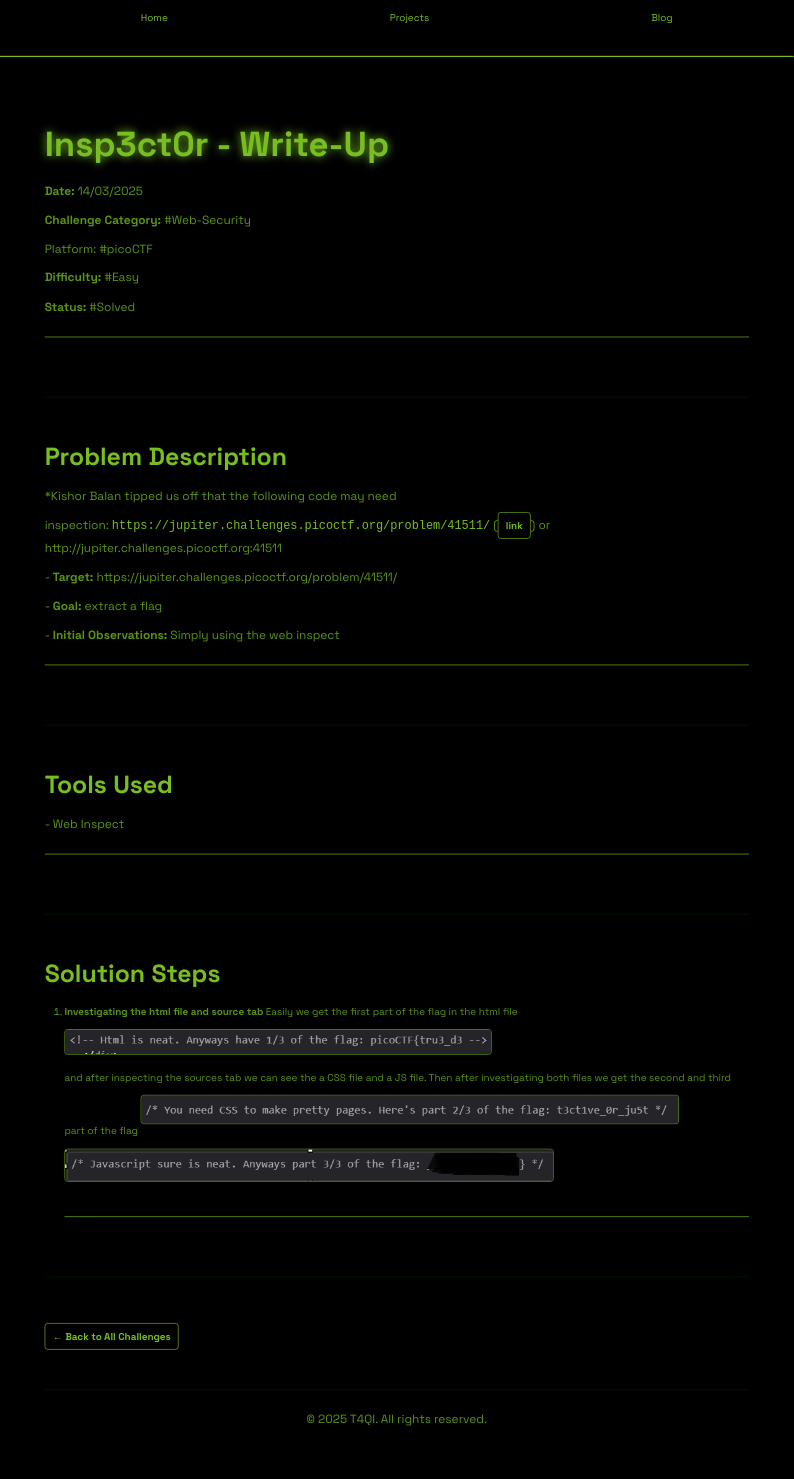
Repository: mohamedsoliman-tq/Website
Page: blogs/picoCTF/Insp3ctor.html
An editor plug-in stored every save of this project. The page is shown before and after a run of saves, followed by the edit.
The browser window is 1280 px wide. The pictures show the whole page, at 62% of full size.

Above is the page before, as saved 2025-03-14 03:03:09.

After the next 2 saves:
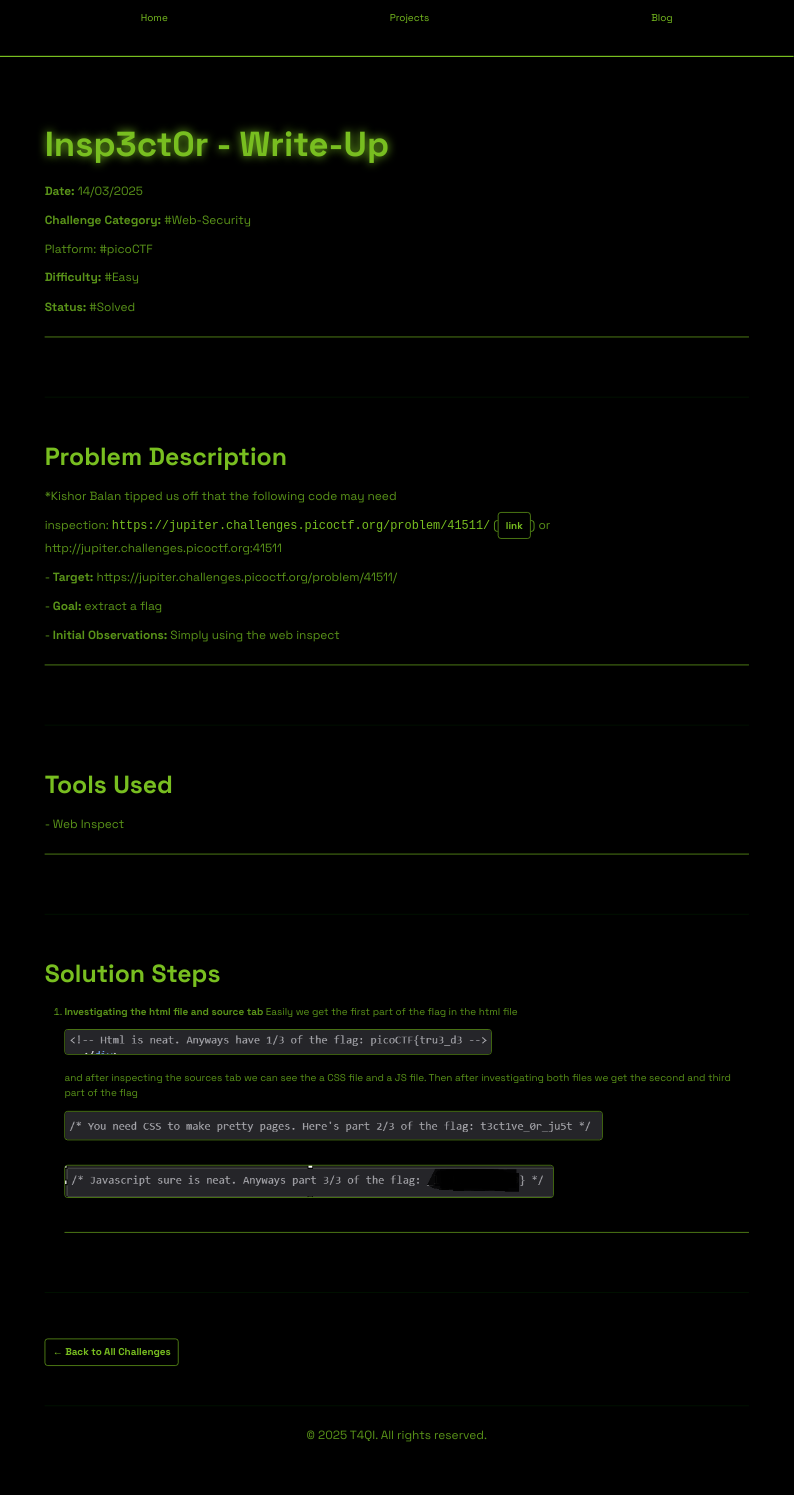
The 2 saves are shown as one change because they came seconds apart.
The last was saved 6 s later.
--- a/blogs/picoCTF/Insp3ctor.html
+++ b/blogs/picoCTF/Insp3ctor.html
@@ -43,7 +43,7 @@
 
 
 <ol>
-  <li><strong>Investigating the html file and source tab</strong>   Easily we get the first part of the flag in the html file <br><img src="pics/Pasted image 20250314023325.png" alt="Pasted image 20250314023325.png"><br> and after inspecting the sources tab we can see the a CSS file and a JS file. Then after investigating both files we get the second and third part of the flag  <img src="pics/Pasted image 20250314023505.png" alt="Pasted image 20250314023505.png"> <img src="pics/Pasted image 20250314023537.png" alt="Pasted image 20250314023537.png"> <hr> </li>
+  <li><strong>Investigating the html file and source tab</strong>   Easily we get the first part of the flag in the html file <br><img src="pics/Pasted image 20250314023325.png" alt="Pasted image 20250314023325.png"><br> and after inspecting the sources tab we can see the a CSS file and a JS file. Then after investigating both files we get the second and third part of the flag  <br><img src="pics/Pasted image 20250314023505.png" alt="Pasted image 20250314023505.png"> <img src="pics/Pasted image 20250314023537.png" alt="Pasted image 20250314023537.png"> <hr> </li>
 </ol></div>
 <div class="section">
             <a href="/blogs/picoCTF/picoCTF.html" class="read-more">← Back to All Challenges</a>
